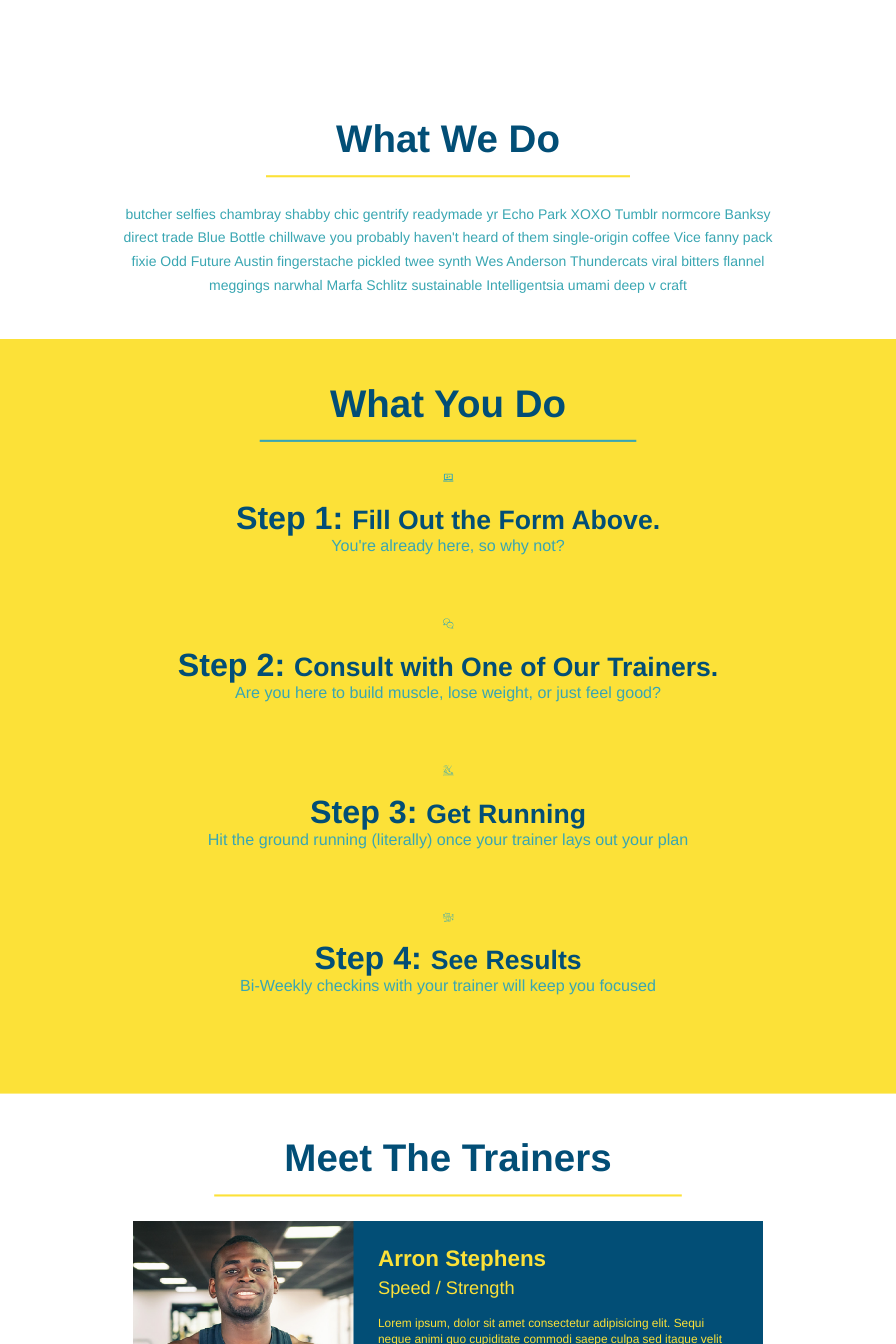
Repository: symlara/run-buddy
Page: index.html
An editor plug-in stored every save of this project. The page is shown before and after a run of saves, followed by the edit.
The browser window is 1280 px wide. The pictures show the part of the page from y = 696 to 2616 px (the page is 4444 px tall), at 70% of full size.

Above is the page before, as saved 2020-12-10 16:15:45.

After the next 2 saves:
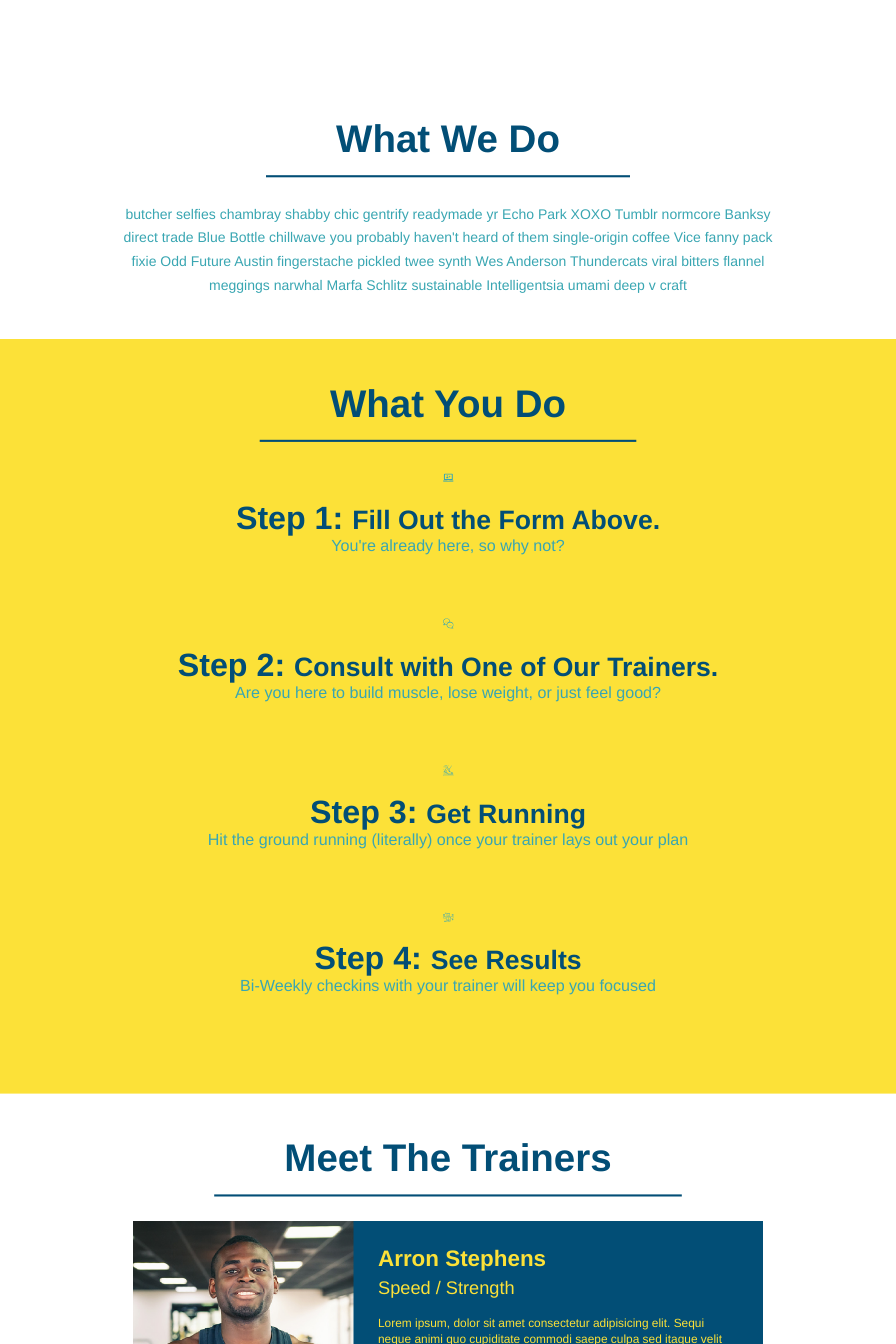
The 2 saves are shown as one change because they came seconds apart.
The last was saved 5 s later.
--- a/assets/css/style.css
+++ b/assets/css/style.css
@@ -246,7 +246,8 @@
     font-size: 55px;
     display: inline-block;
     padding: 0 100px 20px 100px;
-    border-bottom: ;
+    border-bottom: 3px solid;
+
 }
 
 .contact {

After the 6 saves that followed:
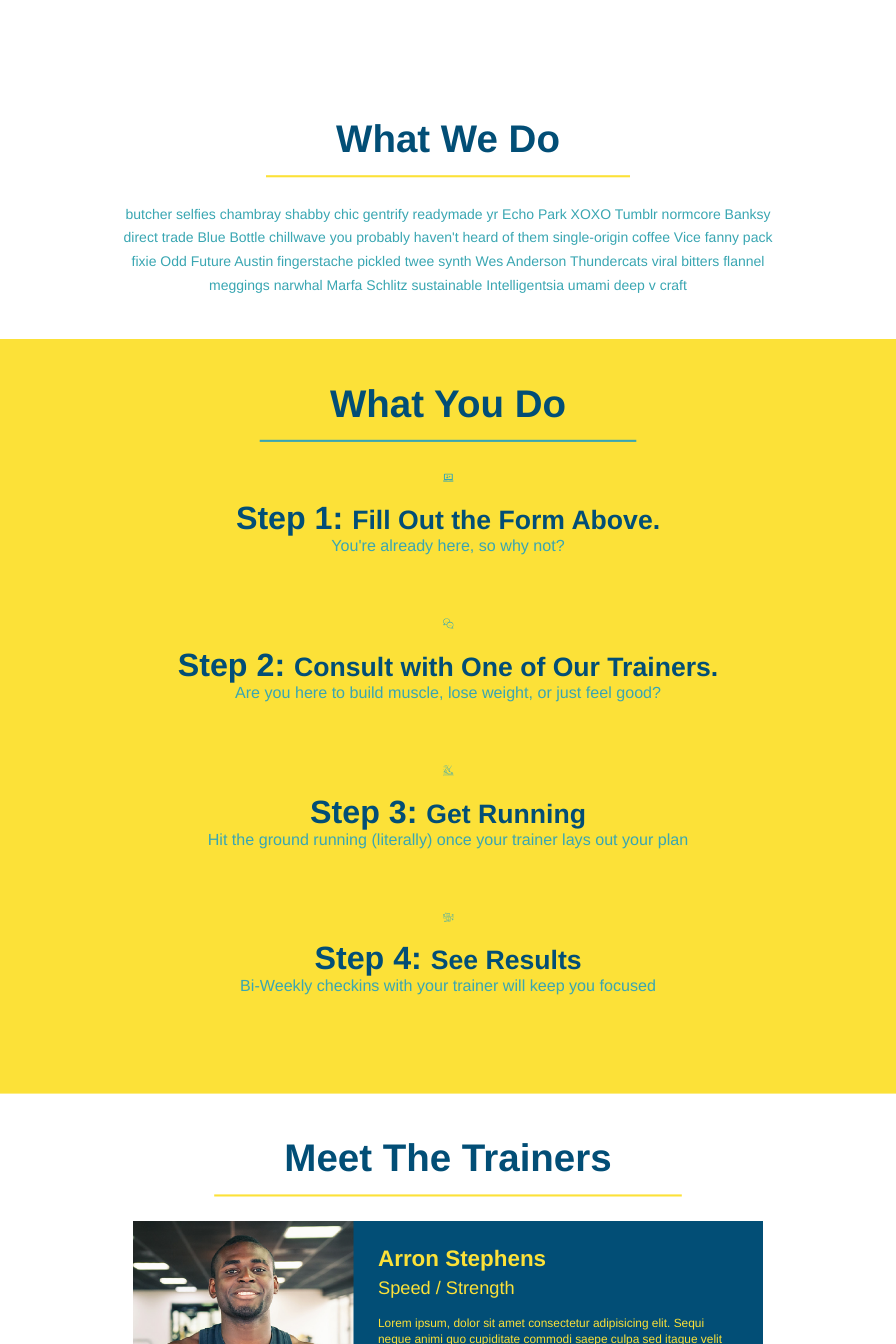
The 6 saves are shown as one change because 1 left the picture as it was and some came seconds apart.
The last was saved 49 s later.
--- a/assets/css/style.css
+++ b/assets/css/style.css
@@ -242,13 +242,6 @@
 
 /* Reach Out Info Section*/
 
-.section-title {
-    font-size: 55px;
-    display: inline-block;
-    padding: 0 100px 20px 100px;
-    border-bottom: 3px solid;
-
-}
 
 .contact {
     text-align: center;
